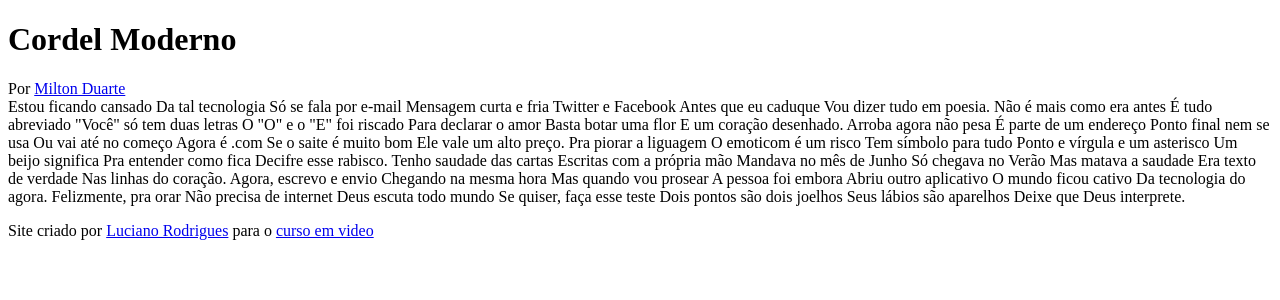
Repository: Lucianorodriguesdev/cursoHTML-CSS
Page: dasafios/index.html
An editor plug-in stored every save of this project. The page is shown before and after the next save, followed by the edit.
The browser window is 1280 px wide. The pictures show the whole page.

Above is the page before, as saved 2026-06-17 08:45:29.

### dasafios/index.html
<!DOCTYPE html>
<html lang="pt-br">
<head>
    <meta charset="UTF-8">
    <meta name="viewport" content="width=device-width, initial-scale=1.0">
    <title>Cordel Moderno</title>
</head>
<body>
    <header>
        <h1>Cordel Moderno</h1>
        Por <a href="https://www.recantodasletras.com.br/poesias/3186743" target="_blank">Milton Duarte</a>

    </header>
    Estou ficando cansado

    Da tal tecnologia

    Só se fala por e-mail

    Mensagem curta e fria

    Twitter e Facebook

    Antes que eu caduque

    Vou dizer tudo em poesia.



    Não é mais como era antes

    É tudo abreviado

    "Você" só tem duas letras

    O "O" e o "E" foi riscado

    Para declarar o amor

    Basta botar uma flor

    E um coração desenhado.



    Arroba agora não pesa

    É parte de um endereço

    Ponto final nem se usa

    Ou vai até no começo

    Agora é .com

    Se o saite é muito bom

    Ele vale um alto preço.



    Pra piorar a liguagem

    O emoticom é um risco

    Tem símbolo para tudo

    Ponto e vírgula e um asterisco

    Um beijo significa

    Pra entender como fica

    Decifre esse rabisco.



    Tenho saudade das cartas

    Escritas com a própria mão

    Mandava no mês de Junho

    Só chegava no Verão

    Mas matava a saudade

    Era texto de verdade

    Nas linhas do coração.



    Agora, escrevo e envio

    Chegando na mesma hora

    Mas quando vou prosear

    A pessoa foi embora

    Abriu outro aplicativo

    O mundo ficou cativo

    Da tecnologia do agora.



    Felizmente, pra orar

    Não precisa de internet

    Deus escuta todo mundo

    Se quiser, faça esse teste

    Dois pontos são dois joelhos

    Seus lábios são aparelhos

    Deixe que Deus interprete.
    <footer>
        <p>Site criado por <a href="https://github.com/Lucianorodriguesdev" target="_blank">Luciano Rodrigues</a> para o <a href="www.cursoemvideo.com" target="_blank">curso em video</a></p>
    </footer>

</body>
</html>

After the next save:
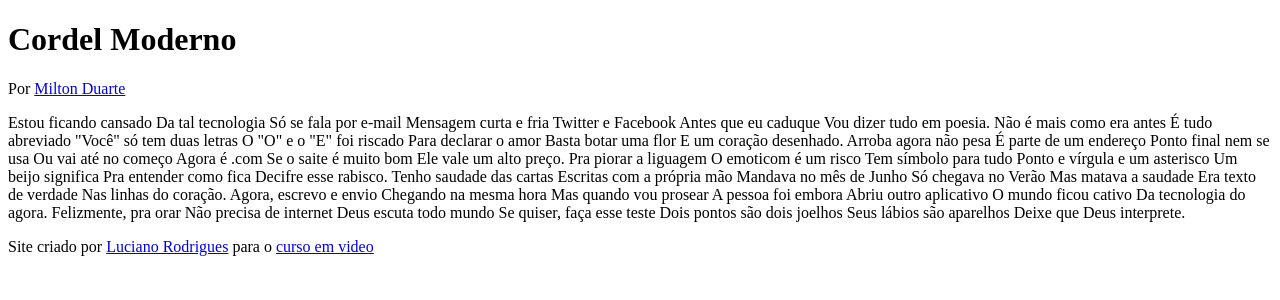
Saved 17 s later.
--- a/dasafios/index.html
+++ b/dasafios/index.html
@@ -8,7 +8,7 @@
 <body>
     <header>
         <h1>Cordel Moderno</h1>
-        Por <a href="https://www.recantodasletras.com.br/poesias/3186743" target="_blank">Milton Duarte</a>
+        <p>Por <a href="https://www.recantodasletras.com.br/poesias/3186743" target="_blank">Milton Duarte</a></p>
 
     </header>
     Estou ficando cansado
